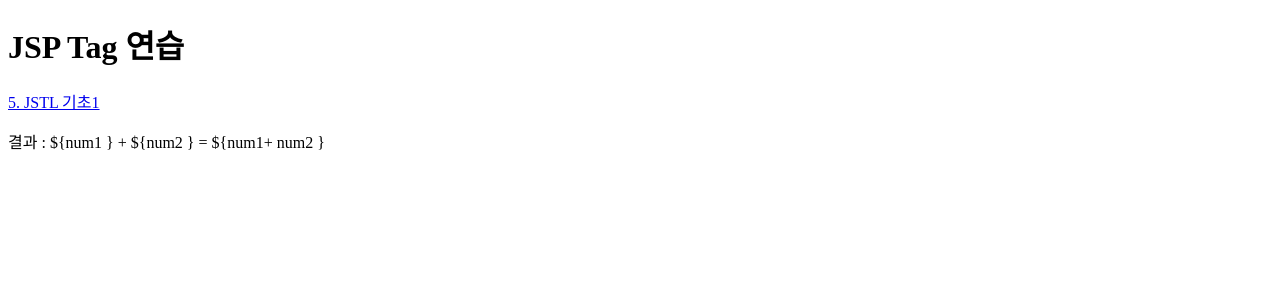
Repository: emthrology/servertest
Page: apache/jspTag/WebContent/index.html
An editor plug-in stored every save of this project. The page is shown before and after the next save, followed by the edit.
The browser window is 1280 px wide. The pictures show the whole page.

Above is the page before, as saved 2019-05-16 04:40:07.

After the next save:
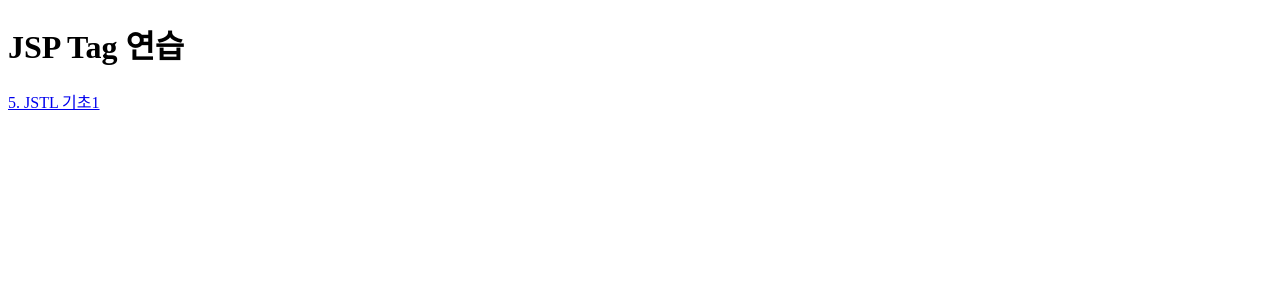
Saved 28 s later.
--- a/apache/jspTag/WebContent/index.html
+++ b/apache/jspTag/WebContent/index.html
@@ -7,6 +7,5 @@
 <body>
 	<h1>JSP Tag 연습</h1>
 	<a href="/jsp/JSTL/jsp_JSTL_Basic1.jsp">5. JSTL 기초1</a>
-	<p>결과 : ${num1 } + ${num2 } = ${num1+ num2 } </p>
 </body>
 </html>
